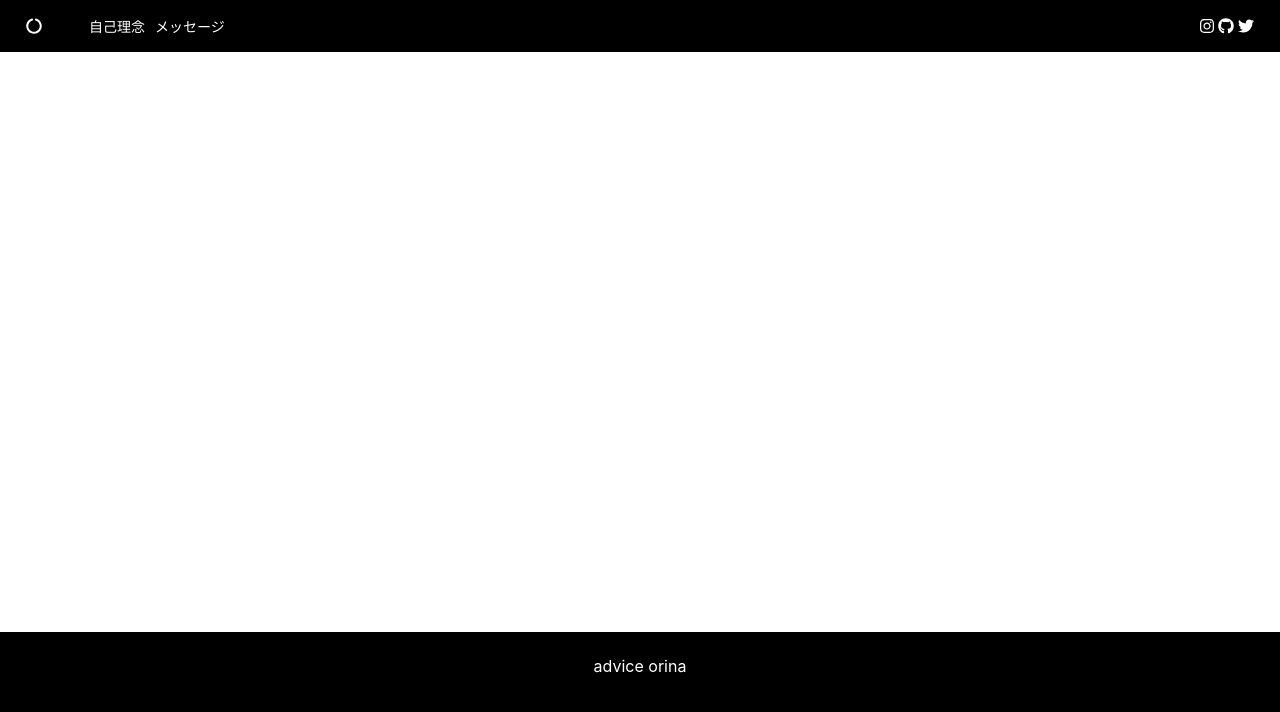
Repository: Rujuu-prog/react-mysite
Page: /philosophy
These files come from the project's save history. The page is drawn as it stood at one moment and after the next save; the edit follows.
The browser window is 1280 px wide. The pictures show the whole page.
The project was rebuilt for these pictures with package versions that can differ from the ones it lists, and the page was loaded fresh each time. A package was used in the major version that the imports need, not the one package.json lists.

Above is the page before, as saved 2021-05-12 22:53:25.

### src/App.tsx
import React from 'react';
import { BrowserRouter, Link, Switch, Route } from "react-router-dom";
// import { Router } from "./router/Router";
import './App.css';
import { PrimaryButton } from './components/atoms/button/PrimaryButton';
import { Github } from './components/atoms/icon/Github';
import { Instagram } from './components/atoms/icon/Instagram';
import { Twitter } from './components/atoms/icon/Twitter';
import { IconList } from './components/molecules/IconList';
import { DefaultLayout } from './components/templates/DefaultLayout';
import { HeaderOnly } from './components/templates/HeaderOnly';



export default function App() {
  return (
    // <BrowserRouter>
      <div className="App" >
        <DefaultLayout/>
      </div>
    // </BrowserRouter>
  );
}

### src/components/templates/DefaultLayout.tsx
import React from "react";
import { FooterOnly } from "./FooterOnly";
import { HeaderOnly } from "./HeaderOnly";

type Props = {
    children?: React.ReactNode;
};

export const DefaultLayout: React.FC<Props> = ({children}) => {
    return (
    <>
        <HeaderOnly/>
        {children}
        <FooterOnly/>
    </>
    );
};

### src/components/templates/FooterOnly.tsx
import React from "react";
import { Link } from "react-router-dom";
import styled from "styled-components";

import { Footer } from "../atoms/layout/Footer";


export const FooterOnly: React.FC = () => {
    return (
    <>
        <Footer />
    </>
    );
};


// const SLink = styled(Link)`
//     margin: 0 8px;
// `;

### src/components/templates/HeaderOnly.tsx
import React from "react";
import { Link } from "react-router-dom";
import styled from "styled-components";

import { Header } from "../atoms/layout/Header";
import { SecondaryButton } from "../atoms/button/SecondaryButton"
import { IconList } from "../molecules/IconList";
import { SiteIcon } from "../atoms/icon/SiteIcon";
import { NaviBar } from "../atoms/layout/NaviBar";

type Props = {
    children?: React.ReactNode;
};

export const HeaderOnly: React.FC<Props> = ({children}) => {
    return (
    <>
        <Header>
            <SiteIcon/>
            <NaviBar/>
        </Header>
        {children}
    </>
    );
};


// const SLink = styled(Link)`
//     margin: 0 8px;
// `;

### src/components/atoms/layout/Footer.tsx
import styled from "styled-components";

export const Footer = () => {
    return <SFooter><p>advice orina</p></SFooter>;
};

const SFooter = styled.footer`
    background-color: black;
    color: #fff;
    text-align: center;
    padding: 8px 0;
    position: fixed;
    bottom: 0;
    width: 100%;
    height: 10%;
`;

const Sp = styled.p`
    margin: 0;
`;

### src/components/atoms/layout/Header.tsx
import React from "react";
import styled from "styled-components";

import { PrimaryButton } from '../button/PrimaryButton'

type Props = {
    children?: React.ReactNode;
}

export const Header: React.FC<Props> = ({children}) => {
    return (<SHeader>{children}</SHeader>);
};

const SHeader = styled.header`
    display: flex;
    align-items: center;
    height: 10%;
    background-color: black;
    color: #fff;
    padding: 16px 24px;
`;

### src/components/atoms/icon/SiteIcon.tsx
import { faCircleNotch } from "@fortawesome/free-solid-svg-icons";
import { FontAwesomeIcon } from "@fortawesome/react-fontawesome"

const IconStyle = {
    padding:"2",
    fontsize:"50"
}

export const SiteIcon:React.FC = () => {
    return(<FontAwesomeIcon style={IconStyle} icon={faCircleNotch}></FontAwesomeIcon>);
}

### src/components/atoms/layout/NaviBar.tsx
import React from "react";
import { Link } from "react-router-dom";
import styled from "styled-components";

import { SecondaryButton } from "../button/SecondaryButton"
import { IconList } from "../../molecules/IconList";

type Props = {
    children?: React.ReactNode;
};

export const NaviBar: React.FC<Props> = ({children}) => {
    return (
    <>
        <SNavi>
            <li><SecondaryButton>自己理念</SecondaryButton></li>
            <Slist><SecondaryButton>メッセージ</SecondaryButton></Slist>
            <li><IconList/></li>
        </SNavi>
        {children}
    </>
    );
};


const SNavi = styled.ul`
    display: flex;
    // justify-content: space-between;
    align-items: center;
    width: 100%;
    margin: 0;
    background-color: black;
    list-style: none;
    color: #fff;
    text-align: center;
`;

const Slist = styled.li`
    margin-right: auto;
`;

### src/components/atoms/button/SecondaryButton.tsx
import styled from "styled-components";

export const SecondaryButton = (props:any) => {
    const { children } = props;
    return <SButton>{children}</SButton>;
};

const SButton = styled.a`
    color: #fff;
    width: 10%;
    font-size: 14px;
    padding: 5px;
`;

### src/components/molecules/IconList.tsx
import React from "react";
import styled from "styled-components";
import { Github } from "../atoms/icon/Github";
import { Instagram } from "../atoms/icon/Instagram";
import { Twitter } from "../atoms/icon/Twitter";

export const IconList:React.FC = () => {
    return(
        <SIconContainer>
            <Instagram/>
            <Github/>
            <Twitter/>
        </SIconContainer>
    );
};

const SIconContainer = styled.div`
    display: flex;
    align-items: center;
`;

### src/components/atoms/icon/Github.tsx
import { faGithub } from "@fortawesome/free-brands-svg-icons";
import { FontAwesomeIcon } from "@fortawesome/react-fontawesome"

const IconStyle = {
    padding:"2",
    fontsize:"50"
}

export const Github:React.FC = () => {
    return(<FontAwesomeIcon style={IconStyle} icon={faGithub}></FontAwesomeIcon>);
}

### src/components/atoms/icon/Instagram.tsx
import { faInstagram } from "@fortawesome/free-brands-svg-icons";
import { FontAwesomeIcon } from "@fortawesome/react-fontawesome"

const IconStyle = {
    padding:"2",
    fontsize:"50"
}

export const Instagram:React.FC = () => {
    return(<FontAwesomeIcon style={IconStyle} icon={faInstagram}></FontAwesomeIcon>);
}

### src/components/atoms/icon/Twitter.tsx
import { faInstagram, faTwitter } from "@fortawesome/free-brands-svg-icons";
import { FontAwesomeIcon } from "@fortawesome/react-fontawesome"

const IconStyle = {
    padding:"2",
    fontsize:"50"
}

export const Twitter:React.FC = () => {
    return(<FontAwesomeIcon style={IconStyle} icon={faTwitter}></FontAwesomeIcon>);
}

Loaded but not shown: public/index.html (common file); src/index.tsx (common file); src/index.css (common file); src/reportWebVitals.ts (common file); src/App.css (common file)

After the next save:
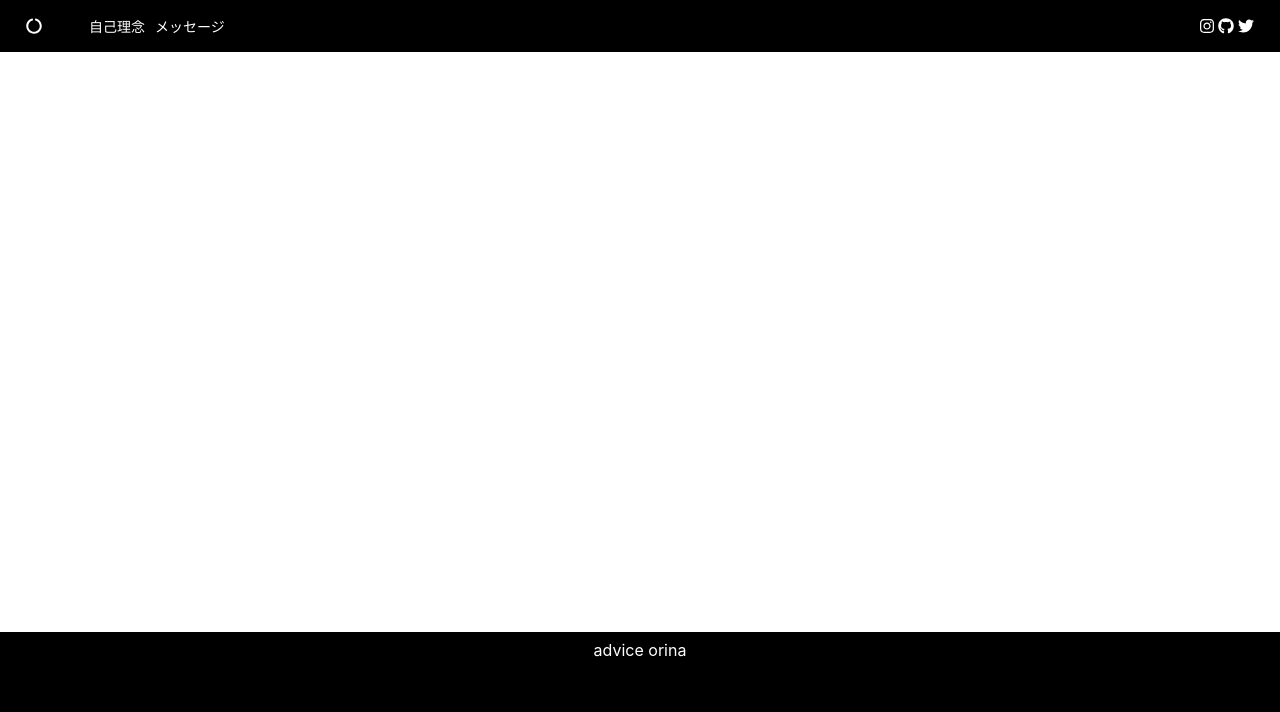
Saved 18 s later.
--- a/src/components/atoms/layout/Footer.tsx
+++ b/src/components/atoms/layout/Footer.tsx
@@ -1,7 +1,7 @@
 import styled from "styled-components";
 
 export const Footer = () => {
-    return <SFooter><p>advice orina</p></SFooter>;
+    return <SFooter><Sp>advice orina</Sp></SFooter>;
 };
 
 const SFooter = styled.footer`
